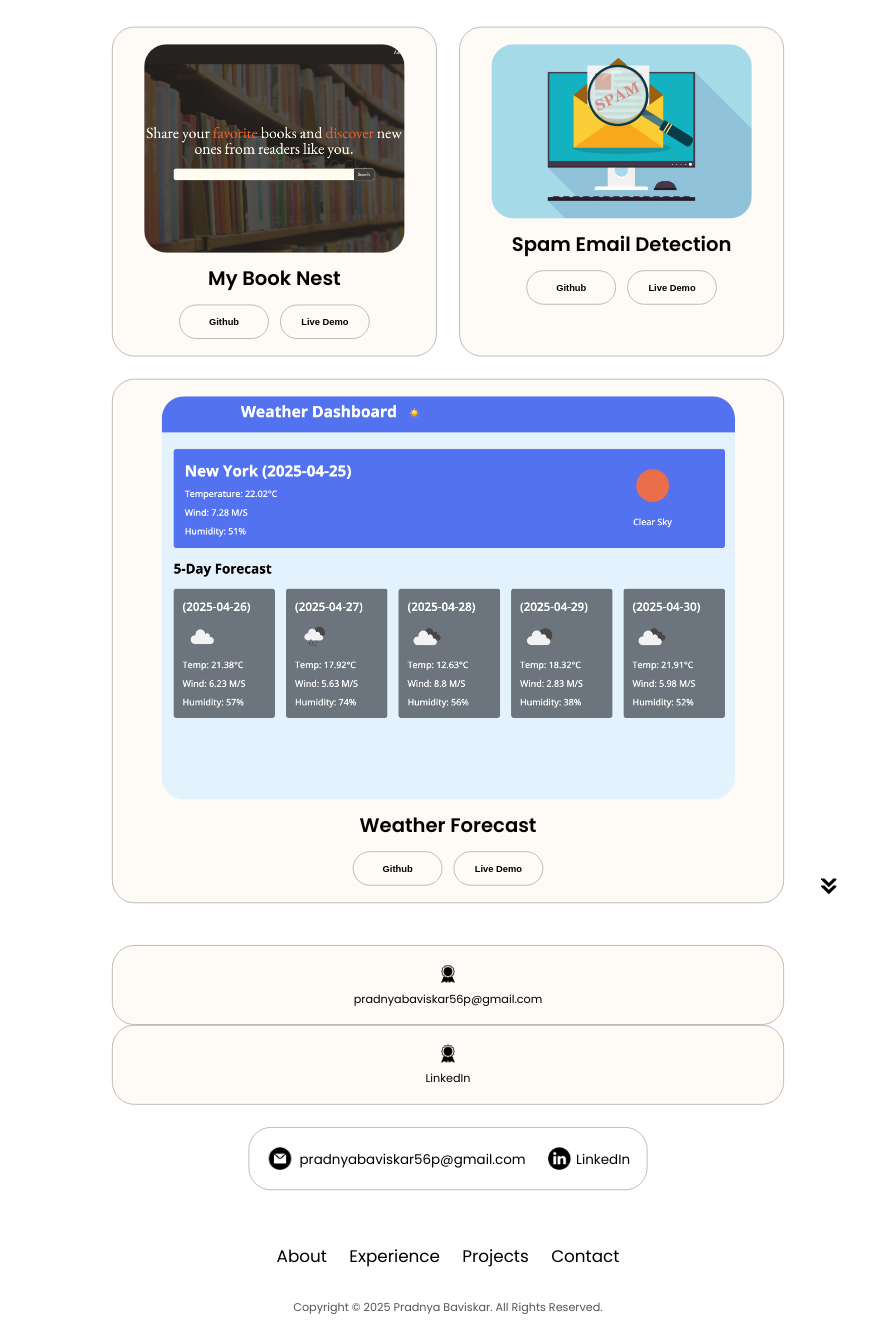
Repository: Pradnya-07/Portfolio-Pradnya
Page: index.html
These files come from the project's save history. The page is drawn as it stood at one moment and after the next save; the edit follows.
The browser window is 1280 px wide. The pictures show the part of the page from y = 2653 to 4573 px (the page is 4573 px tall before and 4345 px after), at 70% of full size.

Above is the page before, as saved 2025-04-25 20:14:31.

### index.html
<!DOCTYPE html>
<html lang="en">
  <head>
    <meta charset="UTF-8" />
    <meta http-equiv="X-UA-Compatible" content="IE=edge" />
    <meta name="viewport" content="width=device-width, initial-scale=1.0" />
    <title>My Portfolio</title>
    <link rel="stylesheet" href="style.css" />
    <link rel="stylesheet" href="mediaqueries.css" />
  </head>
  <body>
    <nav id="desktop-nav">
      <div class="logo">Pradnya Baviskar</div>
      <div>
        <ul class="nav-links">
          <li><a href="#about">About</a></li>
          <li><a href="#experience">Experience</a></li>
          <li><a href="#projects">Projects</a></li>
          <li><a href="#contact">Contact</a></li>
        </ul>
      </div>
    </nav>
    <nav id="hamburger-nav">
      <div class="logo">Pradnya Baviskar</div>
      <div class="hamburger-menu">
        <div class="hamburger-icon" onclick="toggleMenu()">
          <span></span>
          <span></span>
          <span></span>
        </div>
        <div class="menu-links">
          <li><a href="#about" onclick="toggleMenu()">About</a></li>
          <li><a href="#experience" onclick="toggleMenu()">Experience</a></li>
          <li><a href="#projects" onclick="toggleMenu()">Projects</a></li>
          <li><a href="#contact" onclick="toggleMenu()">Contact</a></li>
        </div>
      </div>
    </nav>
    <section id="profile">
      <div class="section__pic-container">
        <img src="./assets/profile-pic.JPG" alt="Pradnya Baviskar profile picture" />
      </div>
      <div class="section__text">
        <p class="section__text__p1">Hello, I'm</p>
        <h1 class="title">Pradnya Baviskar</h1>
        <p class="section__text__p2">Software Developer - Full Stack</p>
        <div class="btn-container">
          <button
            class="btn btn-color-2"
            onclick="window.open('./assets/resume-example.pdf')"
          >
            Download CV
          </button>
          <button class="btn btn-color-1" onclick="location.href='./#contact'">
            Contact Info
          </button>
        </div>
        <div id="socials-container">
          <img
            src="./assets/linkedin.png"
            alt="My LinkedIn profile"
            class="icon"
            onclick="location.href='https://linkedin.com/'"
          />
          <img
            src="./assets/github.png"
            alt="My Github profile"
            class="icon"
            onclick="location.href='https://github.com/'"
          />
        </div>
      </div>
    </section>
    <section id="about">
      <p class="section__text__p1">Get To Know More</p>
      <h1 class="title">About Me</h1>
      <div class="section-container">

        <div class="about-details-container">
          <div class="about-containers">
            <div class="details-container">
              <img
                src="./assets/experience.png"
                alt="Experience icon"
                class="icon"
              />
              <h3>Experience</h3>
              <p>3+ years <br />Full Stack Development</p>
            </div>
            <div class="details-container">
              <img
                src="./assets/education.png"
                alt="Education icon"
                class="icon"
              />
              <h3>Education</h3>
              <p>B.Tech. Bachelors Degree<br />M.Sc. Masters Degree</p>
            </div>
          </div>
          <div class="text-container">
            <p>
              I'm a Full Stack Developer with over 3 years of experience in building scalable, production-ready web applications.
              My expertise lies in backend development using Java, SQL Server, Oracle, and Spring Boot, along with frontend frameworks like React.js.
              I've contributed to large-scale projects at CVS Health and Ridge Tools by improving performance, migrating architectures, and leading code reviews.
               I'm passionate about writing clean, maintainable code and collaborating in cross-functional teams to solve complex problems.
              Currently pursuing a Master's in Software Testing,
              I'm always eager to learn and expand my technical skill set.
            </p>
          </div>
        </div>
      </div>
      <img
        src="./assets/arrow.png"
        alt="Arrow icon"
        class="icon arrow"
        onclick="location.href='./#experience'"
      />
    </section>
    <section id="experience">
      <p class="section__text__p1">Explore My</p>
      <h1 class="title">Experience</h1>
      <div class="experience-details-container">
        <div class="about-containers">
          <div class="details-container">
            <h2 class="experience-sub-title">Programming Languages</h2>
            <div class="article-container">
              <article class="skills">

                <div>
                  <h3 class="skills">Java</h3>
                </div>
              </article>
              <article class="skills">

                <div>
                  <h3 class="skills">JavaScript</h3>

                </div>
              </article>
              <article class="skills">

                <div>
                  <h3 class="skills">SQL</h3>

                </div>
              </article>
              <article class="skills">

                <div>
                  <h3 class="skills">C++</h3>

                </div>
              </article>
              <article class="skills">

                <div>
                  <h3>Python</h3>
                </div>
              </article>
              <article class="skills">

                <div>
                  <h3 class="skills">C</h3>
                </div>
              </article>

            </div>
          </div>

          <div class="details-container">
            <h2 class="experience-sub-title">Web Technologies & Tools</h2>
            <div class="article-container">
              <article>

                <div>
                  <h3>HTML</h3>
                </div>
              </article>
              <article>

                <div>
                  <h3>CSS</h3>
                </div>
              </article>
              <article>

                <div>
                  <h3>Bootstrap</h3>
                </div>
              </article>
              <article>

                <div>
                  <h3>ReactJS</h3>
                </div>
              </article>
              <article>

                <div>
                  <h3>NodeJS</h3>
                </div>
              </article>
              <article>

                <div>
                  <h3>ExpressJS</h3>
                </div>
              </article>
            </div>
          </div>

          <div class="details-container">
            <h2 class="experience-sub-title">Software</h2>
            <div class="article-container">
              <article>

                <div>
                  <h3>Git & GitHub</h3>
                </div>
              </article>
              <article>

                <div>
                  <h3>Linux</h3>
                </div>
              </article>



              <article>

                <div>
                  <h3>Docker</h3>
                </div>
              </article>
              <article>

                <div>
                  <h3>Jira</h3>
                </div>
              </article>
              <article>

                <div>
                  <h3 class="skills">Agile Methodology</h3>
                </div>
              </article>
            </div>
          </div>

          <div class="details-container">
            <h2 class="experience-sub-title">Databases & Testing Tools</h2>
            <div class="article-container">
              <article>

                <div>
                  <h3>MySQL</h3>
                </div>
              </article>
              <article>

                <div>
                  <h3>Oracle</h3>
                </div>
              </article>
              <article>

                <div>
                  <h3>MongoDB</h3>
                </div>
              </article>
              <article>

                <div>
                  <h3>Postman</h3>
                </div>
              </article>
              <article>

                <div>
                  <h3>SoapUI</h3>
                </div>
              </article>

            </div>
          </div>


        </div>
      </div>
      <img
        src="./assets/arrow.png"
        alt="Arrow icon"
        class="icon arrow"
        onclick="location.href='./#projects'"
      />
    </section>

    <section id="projects">
      <p class="section__text__p1">Browse My Recent</p>
      <h1 class="title">Projects</h1>
      <div class="experience-details-container">
        <div class="about-containers">
          <div class="details-container color-container">
            <div class="article-container">
              <img
                src="./assets/project1.png"
                alt="Project 1"
                class="project-img"
              />
            </div>
            <h2 class="experience-sub-title project-title">My Book Nest</h2>
            <div class="btn-container">
              <button
                class="btn btn-color-2 project-btn"
                onclick="location.href='https://github.com/Pradnya-07/Pradnya-s_Library'"
              >
                Github
              </button>
              <button
                class="btn btn-color-2 project-btn"
                onclick="location.href='https://pradnya-s-library.onrender.com'"
              >
                Live Demo
              </button>
            </div>
          </div>
          <div class="details-container color-container">
            <div class="article-container">
              <img
                src="./assets/scam.png"
                alt="Project 2"
                class="project-img"
              />
            </div>
            <h2 class="experience-sub-title project-title">Spam Email Detection</h2>
            <div class="btn-container">
              <button
                class="btn btn-color-2 project-btn"
                onclick="location.href='https://github.com/Pradnya-07/Spam_Email_Detection'"
              >
                Github
              </button>
              <button
                class="btn btn-color-2 project-btn"
                onclick="location.href='https://spam-email-detection-9in7.onrender.com'"
              >
                Live Demo
              </button>
            </div>
          </div>
          <div class="details-container color-container">
            <div class="article-container">
              <img
                src="./assets/forecast.png"
                alt="Project 3"
                class="project-img"
              />
            </div>
            <h2 class="experience-sub-title project-title">Weather Forecast</h2>
            <div class="btn-container">
              <button
                class="btn btn-color-2 project-btn"
                onclick="location.href='https://github.com/Pradnya-07/Weather-Dashboard'"
              >
                Github
              </button>
              <button
                class="btn btn-color-2 project-btn"
                onclick="location.href='https://pradnya-07.github.io/Weather-Dashboard/'"
              >
                Live Demo
              </button>
            </div>
          </div>
        </div>
      </div>
      <img
        src="./assets/arrow.png"
        alt="Arrow icon"
        class="icon arrow"
        onclick="location.href='./#contact'"
      />
    </section>
    <section id="contact">


      <div class="details-container">
        <img
          src="./assets/experience.png"
          alt="Experience icon"
          class="icon"
        />

        <p><a href="mailto:pradnyabaviskar56p@gmail.com">pradnyabaviskar56p@gmail.com</a></p>
      </div>
      <div class="details-container">
        <img
          src="./assets/experience.png"
          alt="Experience icon"
          class="icon"
        />

        <p><a href="https://www.linkedin.com">LinkedIn</a></p>
      </div>



      <div class="contact-info-upper-container">
        <div class="contact-info-container">
          <img
            src="./assets/email.png"
            alt="Email icon"
            class="icon contact-icon email-icon"
          />
          <p><a href="mailto:pradnyabaviskar56p@gmail.com">pradnyabaviskar56p@gmail.com</a></p>
        </div>
        <div class="contact-info-container">
          <img
            src="./assets/linkedin.png"
            alt="LinkedIn icon"
            class="icon contact-icon"
          />
          <p><a href="https://www.linkedin.com">LinkedIn</a></p>
        </div>
      </div>
    </section>
    <footer>
      <nav>
        <div class="nav-links-container">
          <ul class="nav-links">
            <li><a href="#about">About</a></li>
            <li><a href="#experience">Experience</a></li>
            <li><a href="#projects">Projects</a></li>
            <li><a href="#contact">Contact</a></li>
          </ul>
        </div>
      </nav>
      <p>Copyright &#169; 2025 Pradnya Baviskar. All Rights Reserved.</p>
    </footer>
    <script src="script.js"></script>
  </body>
</html>

### style.css
/* GENERAL */

@import url("https://fonts.googleapis.com/css2?family=Poppins:wght@300;400;500;600&display=swap");

* {
  margin: 0;
  padding: 0;
}

body {
  font-family: "Poppins", sans-serif;
}

html {
  scroll-behavior: smooth;
}

p {
  color: rgb(85, 85, 85);
}

/* TRANSITION */

a,
.btn {
  transition: all 300ms ease;
}

/* DESKTOP NAV */

nav,
.nav-links {
  display: flex;
}

nav {
  justify-content: space-around;
  align-items: center;
  height: 17vh;
}

.nav-links {
  gap: 2rem;
  list-style: none;
  font-size: 1.5rem;
}

a {
  color: black;
  text-decoration: none;
  text-decoration-color: white;
}

a:hover {
  color: grey;
  text-decoration: underline;
  text-underline-offset: 1rem;
  text-decoration-color: rgb(181, 181, 181);
}

.logo {
  font-size: 2rem;
}

.logo:hover {
  cursor: default;
}

/* HAMBURGER MENU */

#hamburger-nav {
  display: none;
}

.hamburger-menu {
  position: relative;
  display: inline-block;
}

.hamburger-icon {
  display: flex;
  flex-direction: column;
  justify-content: space-between;
  height: 24px;
  width: 30px;
  cursor: pointer;
}

.hamburger-icon span {
  width: 100%;
  height: 2px;
  background-color: black;
  transition: all 0.3 ease-in-out;
}

.menu-links {
  position: absolute;
  top: 100%;
  right: 0;
  background-color: white;
  width: fit-content;
  max-height: 0;
  overflow: hidden;
  transition: all 0.3 ease-in-out;
}

.menu-links a {
  display: block;
  padding: 10px;
  text-align: center;
  font-size: 1.5rem;
  color: black;
  text-decoration: none;
  transition: all 0.3 ease-in-out;
}

.menu-links li {
  list-style: none;
}

.menu-links.open {
  max-height: 300px;
}

.hamburger-icon.open span:first-child {
  transform: rotate(45deg) translate(10px, 5px);
}

.hamburger-icon.open span:nth-child(2) {
  opacity: 0;
}

.hamburger-icon.open span:last-child {
  transform: rotate(-45deg) translate(10px, -5px);
}

.hamburger-icon span:first-child {
  transform: none;
}

.hamburger-icon span:first-child {
  opacity: 1;
}

.hamburger-icon span:first-child {
  transform: none;
}

/* SECTIONS */

section {
  padding-top: 4vh;
  height: 96vh;
  margin: 0 10rem;
  box-sizing: border-box;
  min-height: fit-content;
}

.section-container {
  display: flex;
}

.skills {
  text-align: center;

}

/* PROFILE SECTION */

#profile {
  display: flex;
  justify-content: center;
  gap: 5rem;
  height: 80vh;
}

.section__pic-container {
  display: flex;
  height: 400px;
  width: 400px;
  margin: auto 0;
}

.section__text {
  align-self: center;
  text-align: center;
}

.section__text p {
  font-weight: 600;
}

.section__text__p1 {
  text-align: center;
}

.section__text__p2 {
  font-size: 1.75rem;
  margin-bottom: 1rem;
}

.title {
  font-size: 3rem;
  text-align: center;
}

#socials-container {
  display: flex;
  justify-content: center;
  margin-top: 1rem;
  gap: 1rem;
}

/* ICONS */

.icon {
  cursor: pointer;
  height: 2rem;
}

/* BUTTONS */

.btn-container {
  display: flex;
  justify-content: center;
  gap: 1rem;
}

.btn {
  font-weight: 600;
  transition: all 300ms ease;
  padding: 1rem;
  width: 8rem;
  border-radius: 2rem;
}

.btn-color-1,
.btn-color-2 {
  border: rgb(53, 53, 53) 0.1rem solid;
}

.btn-color-1:hover,
.btn-color-2:hover {
  cursor: pointer;
}

.btn-color-1,
.btn-color-2:hover {
  background: rgb(53, 53, 53);
  color: white;
}

.btn-color-1:hover {
  background: rgb(0, 0, 0);
}

.btn-color-2 {
  background: none;
}

.btn-color-2:hover {
  border: rgb(255, 255, 255) 0.1rem solid;
}

.btn-container {
  gap: 1rem;
}

/* ABOUT SECTION */

#about {
  position: relative;
}

.about-containers {
  gap: 2rem;
  margin-bottom: 2rem;
  margin-top: 2rem;
}

.about-details-container {
  justify-content: center;
  flex-direction: column;
}

.about-containers,
.about-details-container {
  display: flex;
}

.about-pic {
  border-radius: 2rem;
}

.arrow {
  position: absolute;
  right: -5rem;
  bottom: 2.5rem;
}

.details-container {
  padding: 1.5rem;
  flex: 1;
  background: rgb(232 188 130 / 7%);
  border-radius: 2rem;
  border: rgb(53, 53, 53) 0.1rem solid;
  border-color: rgb(163, 163, 163);
  text-align: center;
}

.section-container {
  gap: 4rem;
  height: 80%;
}

.section__pic-container {
  height: 400px;
  width: 400px;
  margin: auto 0;
}

/* EXPERIENCE SECTION */

#experience {
  position: relative;
}

.experience-sub-title {
  color: rgb(85, 85, 85);
  font-weight: 600;
  font-size: 1.75rem;
  margin-bottom: 2rem;
}

.experience-details-container {
  display: flex;
  justify-content: center;
  flex-direction: column;
}

.article-container {
  display: flex;
  text-align: initial;
  flex-wrap: wrap;
  flex-direction: row;
  gap: 2.5rem;
  justify-content: space-around;
}

article {
  display: flex;
  width: 10rem;
  justify-content: space-around;
  gap: 0.5rem;
}

article .icon {
  cursor: default;
}

/* PROJECTS SECTION */

#projects {
  position: relative;
}

.color-container {
  border-color: rgb(163, 163, 163);
  background: rgb(232 188 130 / 7%);
}

.project-img {
  border-radius: 2rem;
  width: 90%;
  height: 90%;
}

.project-title {
  margin: 1rem;
  color: black;
}

.project-btn {
  color: black;
  border-color: rgb(163, 163, 163);
}

/* CONTACT */

#contact {
  display: flex;
  justify-content: center;
  flex-direction: column;
  height: 70vh;
}

.contact-info-upper-container {
  display: flex;
  justify-content: center;
  border-radius: 2rem;
  border: rgb(53, 53, 53) 0.1rem solid;
  border-color: rgb(163, 163, 163);
  background: (250, 250, 250);
  margin: 2rem auto;
  padding: 0.5rem;
}

.contact-info-container {
  display: flex;
  align-items: center;
  justify-content: center;
  gap: 0.5rem;
  margin: 1rem;
}

.contact-info-container p {
  font-size: larger;
}

.contact-icon {
  cursor: default;
}

.email-icon {
  height: 2.5rem;
}

/* FOOTER SECTION */

footer {
  height: 26vh;
  margin: 0 1rem;
}

footer p {
  text-align: center;
}

### mediaqueries.css
@media screen and (max-width: 1400px) {
  #profile {
    height: 83vh;
    margin-bottom: 6rem;
  }
  .about-containers {
    flex-wrap: wrap;
  }
  #contact,
  #projects {
    height: fit-content;
  }
}

@media screen and (max-width: 1200px) {
  #desktop-nav {
    display: none;
  }
  #hamburger-nav {
    display: flex;
  }
  #experience,
  .experience-details-container {
    margin-top: 2rem;
  }
  #profile,
  .section-container {
    display: block;
  }
  .arrow {
    display: none;
  }
  section,
  .section-container {
    height: fit-content;
  }
  section {
    margin: 0 5%;
  }
  .section__pic-container {
    width: 275px;
    height: 275px;
    margin: 0 auto 2rem;
  }
  .about-containers {
    margin-top: 0;
  }
}

@media screen and (max-width: 600px) {
  #contact,
  footer {
    height: 40vh;
  }
  #profile {
    height: 83vh;
    margin-bottom: 0;
  }
  article {
    font-size: 1rem;
  }
  footer nav {
    height: fit-content;
    margin-bottom: 2rem;
  }
  .about-containers,
  .contact-info-upper-container,
  .btn-container {
    flex-wrap: wrap;
  }
  .contact-info-container {
    margin: 0;
  }
  .contact-info-container p,
  .nav-links li a {
    font-size: 1rem;
  }
  .experience-sub-title {
    font-size: 1.25rem;
  }
  .logo {
    font-size: 1.5rem;
  }
  .nav-links {
    flex-direction: column;
    gap: 0.5rem;
    text-align: center;
  }
  .section__pic-container {
    width: auto;
    height: 46vw;
    justify-content: center;
  }
  .section__text__p2 {
    font-size: 1.25rem;
  }
  .title {
    font-size: 2rem;
  }
  .text-container {
    text-align: justify;
  }
}

Loaded but not shown: script.js (common file)

After the next save:
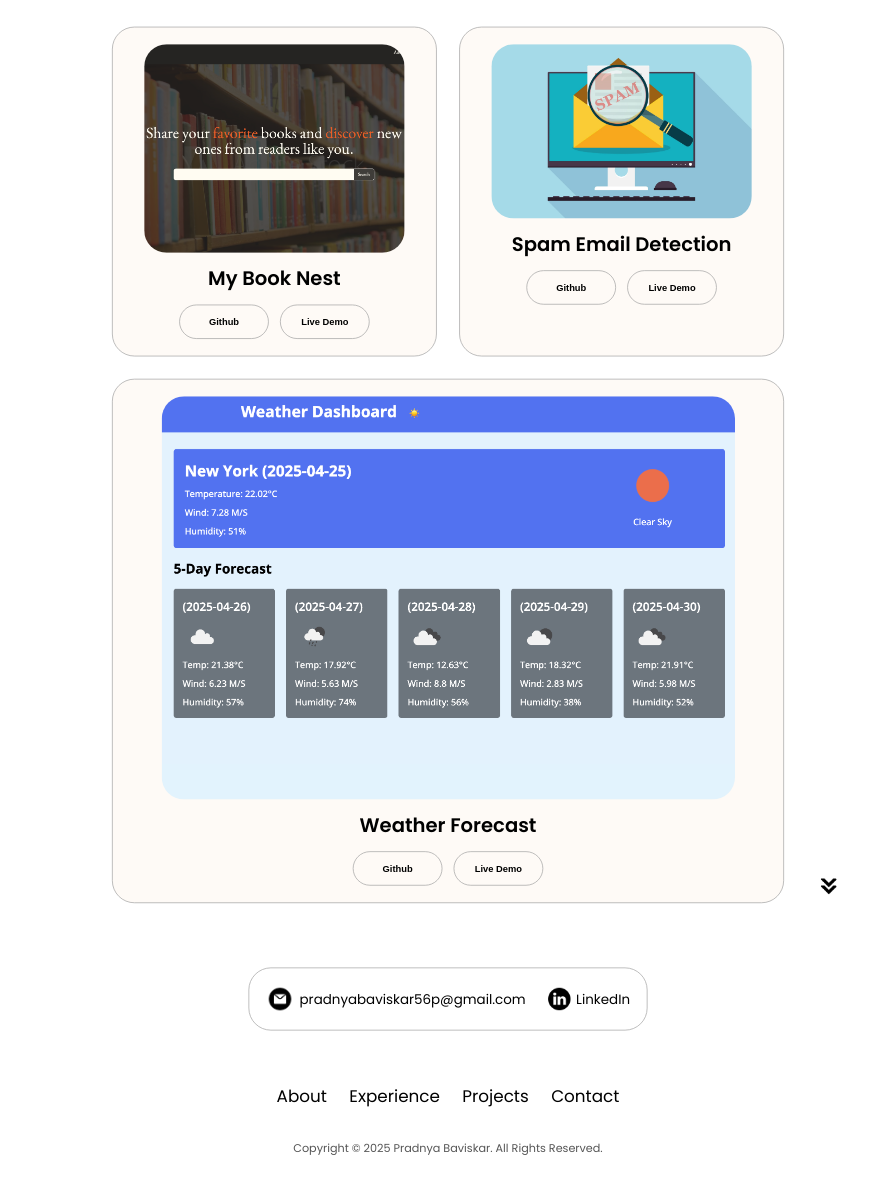
Saved 40 s later.
--- a/index.html
+++ b/index.html
@@ -385,24 +385,7 @@
     <section id="contact">
 
 
-      <div class="details-container">
-        <img
-          src="./assets/experience.png"
-          alt="Experience icon"
-          class="icon"
-        />
-
-        <p><a href="mailto:pradnyabaviskar56p@gmail.com">pradnyabaviskar56p@gmail.com</a></p>
-      </div>
-      <div class="details-container">
-        <img
-          src="./assets/experience.png"
-          alt="Experience icon"
-          class="icon"
-        />
-
-        <p><a href="https://www.linkedin.com">LinkedIn</a></p>
-      </div>
+
 
 
 
